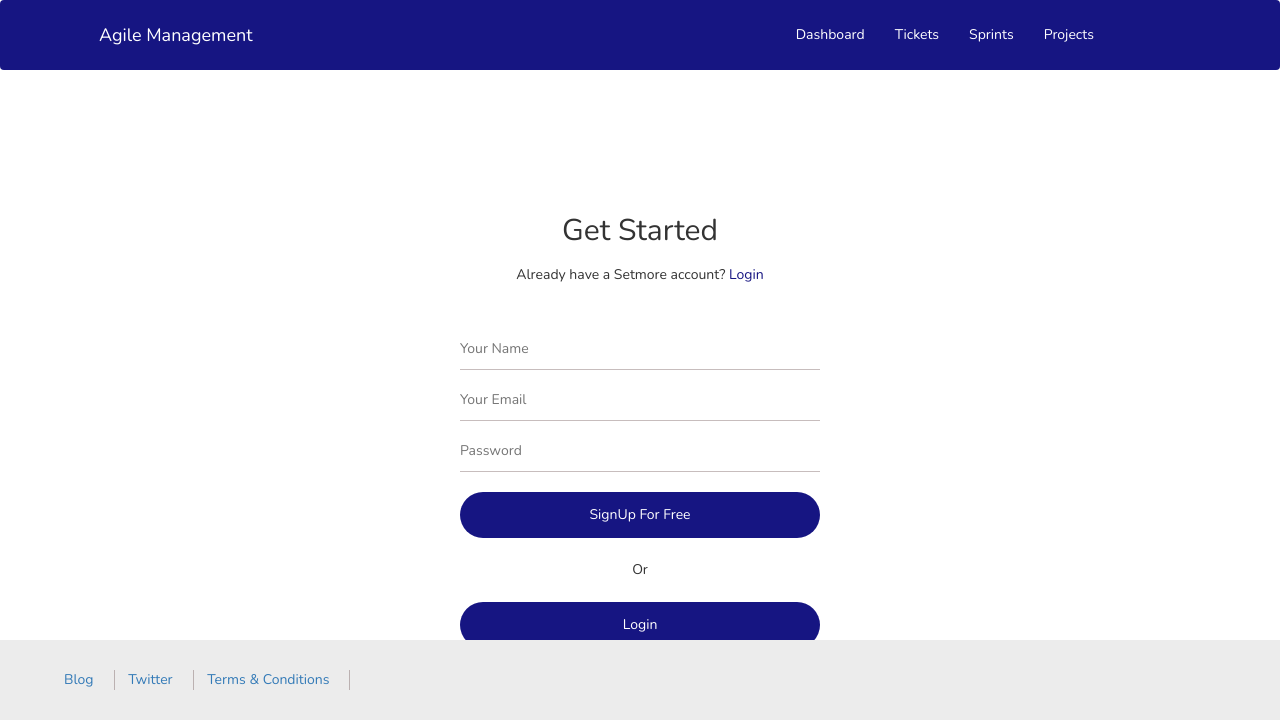
Repository: princexavier/agil
Page: http://localhost/Agile/index.jsp
The author's editor kept a copy of each file at every save. The page is drawn from the files as they stood at one save, then again after the next save.
The browser window is 1280 px wide. The pictures show the whole page.
Some web libraries are served in a nearby version. The page is served by Tomcat 9. Other server files are loaded and not shown.

Above is the page before, as saved 2018-01-19 05:06:32.

### workspace/Agile/WebContent/index.jsp
<%@ page language="java" contentType="text/html; charset=ISO-8859-1"
	pageEncoding="ISO-8859-1"%>
<!DOCTYPE html>
<html lang="en">

<head>
    <meta charset="UTF-8">
    <title>Registration</title>
    <link href="https://fonts.googleapis.com/css?family=Nunito" rel="stylesheet">
    <link rel="stylesheet" href="https://maxcdn.bootstrapcdn.com/bootstrap/3.3.7/css/bootstrap.min.css">
    <!-- jQuery library -->
    <script src="https://ajax.googleapis.com/ajax/libs/jquery/3.2.1/jquery.min.js"></script>
    <!-- Latest compiled JavaScript -->
    <script src="https://maxcdn.bootstrapcdn.com/bootstrap/3.3.7/js/bootstrap.min.js"></script>
    <link rel="stylesheet" href="css/style.css">
    <link rel="stylesheet" href="https://maxcdn.bootstrapcdn.com/font-awesome/4.7.0/css/font-awesome.min.css">
</head>

<body style="font-family: 'Nunito', sans-serif;">
    <header>
        <nav class="navbar navbar-default">
            <div class="container-fluid">
                <div class="navbar-header">
                    <a class="navbar-brand" href="#">Agile Management</a>
                </div>
                <ul class="nav navbar-nav">
                    <li class="active"><a href="#">Dashboard</a></li>
                    <li><a href="ticket.html">Tickets</a></li>
                    <li><a href="ticket.html">Sprints</a></li>
                    <li><a href="#">Projects</a></li>
                </ul>
            </div>
        </nav>
    </header>

    <div class="container">
    	<div class="row">
    		<div class="col-md-4"></div>
    		<div class="col-md-4">
    			<form action=""class="reg-form">
    				<h2>Get Started</h2>
    				<p style="margin-bottom: 15%;text-align:center;">Already have a Setmore account? <a style="color:#161582;">Login</a><p>
    				<input type="text" placeholder="Your Name">
    				<input type="text" placeholder="Your Email">
    				<input type="text" placeholder="Password">
    				<button class="sign-up">SignUp For Free</button>
    				<span>Or</span>
    			    <button class="sign-up">Login</button>
    			</form>
    		</div>
    		<div class="col-md-4"></div>
    	</div>
    </div>
    <footer>
        <ul class="foot-content">
            <li>
                <a href="#">Blog</a>
            </li>
            <li>
                <a href="#">Twitter</a>
            </li>
            <li>
                <a href="#">Terms & Conditions</a>
            </li>
        </ul>
    </footer>
</body>

</html>

### workspace/Agile/WebContent/css/style.css
* {
	margin: 0px;
	padding: 0px;
	text-decoration: none;
	list-style-type: none;
}

a:hover {
	text-decoration: none;
}

.reg-form {
	margin-top: 40%;
}

.sign-up {
	outline:none;
	border: none;
	display: block;
	width: 100%;
	padding: 13px;
	border-radius: 40px;
	background: #161582;
	color: #fff;
}
.reg-form h2{
	margin-top: 20%;
    margin-bottom: 5%;
    text-align: center;
}
.reg-form span{
	display:block;
	padding-top:22px;
	padding-bottom:22px;
	text-align:center;
}
.reg-form input {
	cursor: pointer;
	padding-bottom: 10px;
	margin-bottom: 20px;
	outline: none;
	display: block;
	width: 100%;
	border: none;
	border-bottom: 1px solid #c7bdbd;
	transition: 0.8s ease;
}

.reg-form input:focus {
	border-bottom: 1px solid #161582;
}

.divider-1 {
	display: inline-block;
	width: calc(100%/ 1);
	float: left;
}

.divider-2 {
	display: inline-block;
	width: calc(100%/ 2);
	float: left;
}

.color {
	color: #161582;
	padding-right: 5px;
	cursor: pointer;
	transition: 0.2s ease-in-out;
}

.color:hover {
	color: #16158261;
}

.clearfix:after {
	content: "";
	display: block;
	clear: both;
}

.navbar-nav {
	float: right;
	margin-right: 100px;
}

.navbar-default {
	border: none;
	padding: 10px 56px 10px 84px;
	background: #161582;
	margin-bottom: 0px;
}

.navbar-brand,.navbar-nav>li>a {
	color: #fff !important;
}

nav .active a {
	background-color: transparent !important;
}

.dashboard {
	padding: 20px 0px;
	background: #ececec;
}

.dash-title {
	padding-left: 111px;
}

.auth {
	background: #ececec;
	padding: 20px;
}

.left-content>span {
	display: block;
}

.lab-title {
	padding: 20px 0px;
}

.bg {
	margin-top: 20px;
	padding: 10px 0px;
	background: #a6e4a6;
}

.bg a>button {
	float: right;
	margin-right: 20px;
	border: none;
}

footer {
	position: fixed;
	bottom: 0px;
	width: 100%;
	padding: 20px 0px;
	background: #ececec;
}

.right-bor {
	border-right: 1px solid #ececec;
}

.foot-content:first-child {
	margin-left: 64px;
	margin-top: 10px;
}

.foot-content li {
	border-right: 1px solid #a79a9ab8;
	padding-right: 20px;
	display: inline-block;
	margin-right: 10px;
}

.bar {
	width: 90%;
	background: #ececec;
	border-left: 10px solid blue;
}

.bar>span {
	float: right;
}

/*Ticket page style */
.btn-style {
	border: none;
	color: #fff;
	outline: none;
	background: #161582;
	transition: 0.5s ease-in-out;
}

.first-btn {
	margin-left: 150px
}

.btn-style:hover {
	background: #161582a8;
}

.icon-style {
	padding-right: 10px;
}

.events {

}

.list-style {
	padding: 10px 0px;
}

/*New ticket page style*/
.cs-btn {
	padding: 11px 10px;
	margin-left: 150px;
	color: #ffff;
	background: #161582;
	transition: 0.5s ease-in-out;
}

.cs-btn:hover {
	background: #1615825c;
	color: #fff;
}

textarea {
	resize: none;
}

.nav-tabs {
	margin-bottom: 50px;
}

label {
	font-weight: 300;
}

.btn-primary {
	background-color: #161582;
}

#menu4>p {
	padding: 20px 10px;
	background: #ececec;
	margin-bottom: 40px;
}

input[type="date"] {
	border-radius: 4px;
}

After the next save:
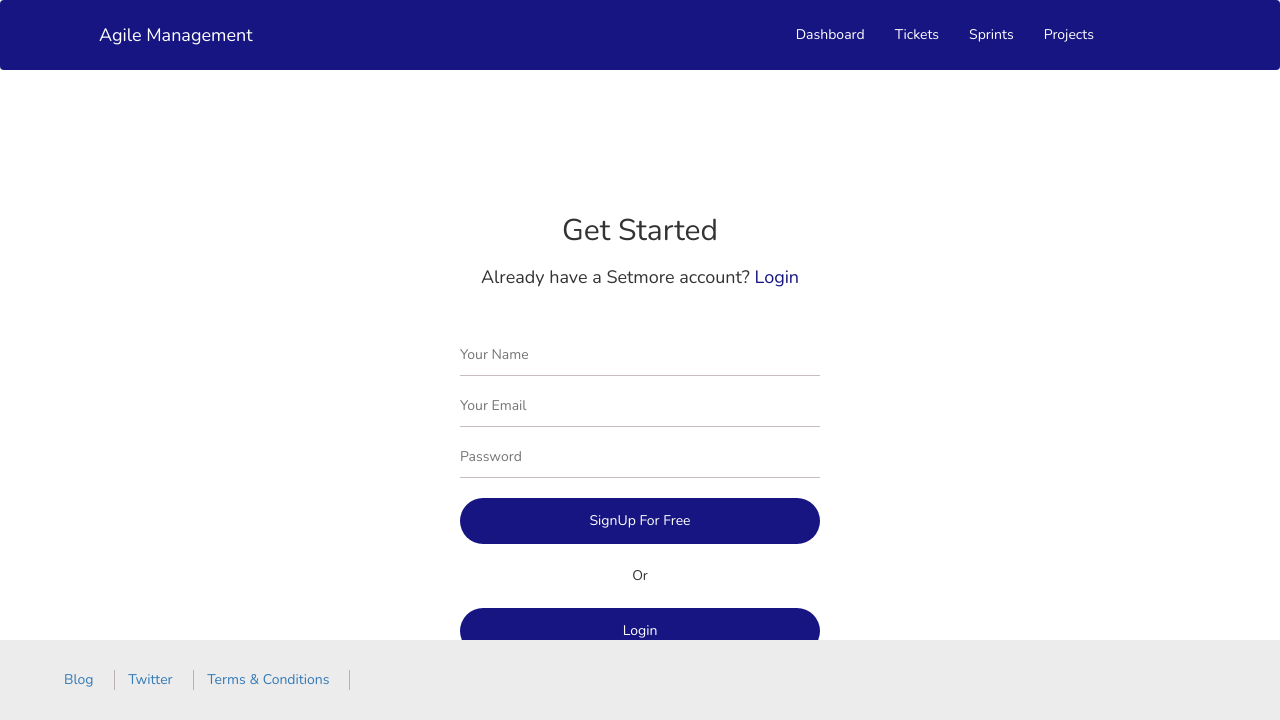
Saved 31 s later.
--- a/workspace/Agile/WebContent/index.jsp
+++ b/workspace/Agile/WebContent/index.jsp
@@ -39,7 +39,7 @@
     		<div class="col-md-4">
     			<form action=""class="reg-form">
     				<h2>Get Started</h2>
-    				<p style="margin-bottom: 15%;text-align:center;">Already have a Setmore account? <a style="color:#161582;">Login</a><p>
+    				<p style="margin-bottom: 15%;text-align:center;font-size:18px;">Already have a Setmore account? <a style="color:#161582;">Login</a><p>
     				<input type="text" placeholder="Your Name">
     				<input type="text" placeholder="Your Email">
     				<input type="text" placeholder="Password">
